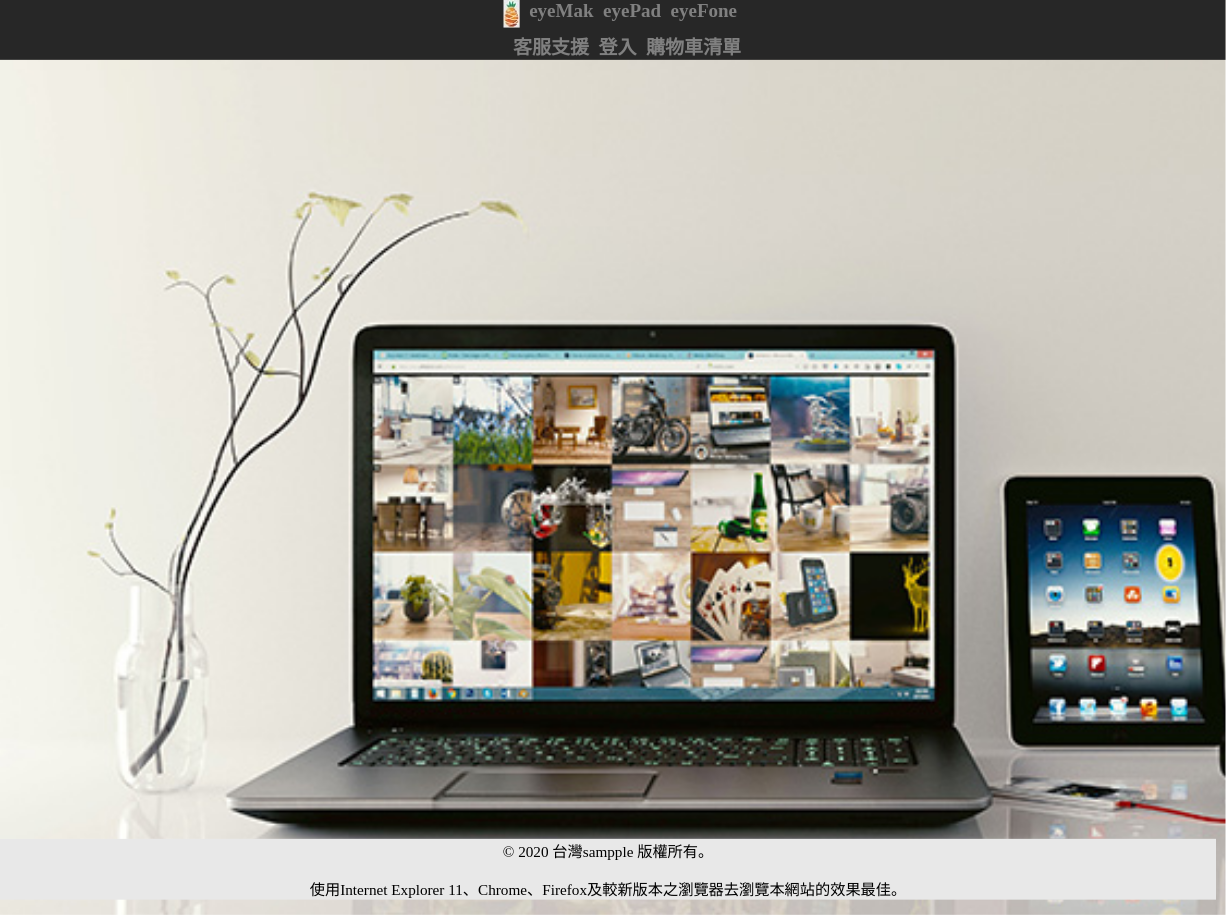
Repository: Vincent4142/NewFinalProject
Page: http://localhost/FinalProject/
These files come from the project's save history. The page is drawn as it stood at one moment and after the next save; the edit follows.
The browser window is 1280 px wide. The page is 1290 px wide, then 1280 px, so the pictures cover 1290 px, including what lies to the right of the window. The pictures show the whole page, at 95% of full size.
The page is served by Tomcat 9.

Above is the page before, as saved 2020-04-09 06:21:21.

After the next save:
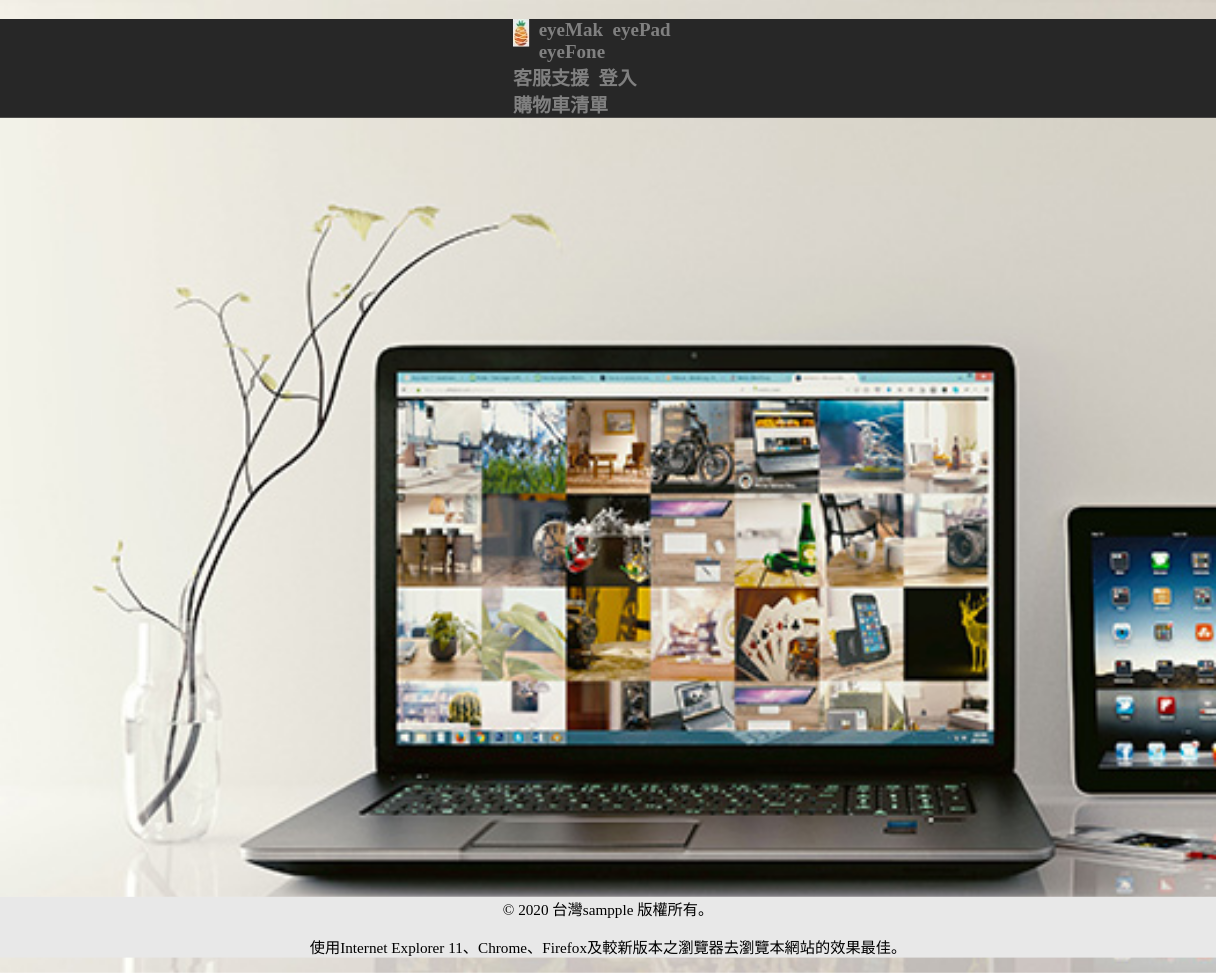
Saved 30 s later.
--- a/FinalProject/WebContent/fragment/indexTOP.jsp
+++ b/FinalProject/WebContent/fragment/indexTOP.jsp
@@ -10,9 +10,7 @@
 .nav {
 	padding-left:500px;
 	padding-right:500px;
-	margin-top: -20px;
-	margin-left: -10px;
-	margin-right: -10px;
+
 	background-color: #272727;
 }
 /* 主UL */
